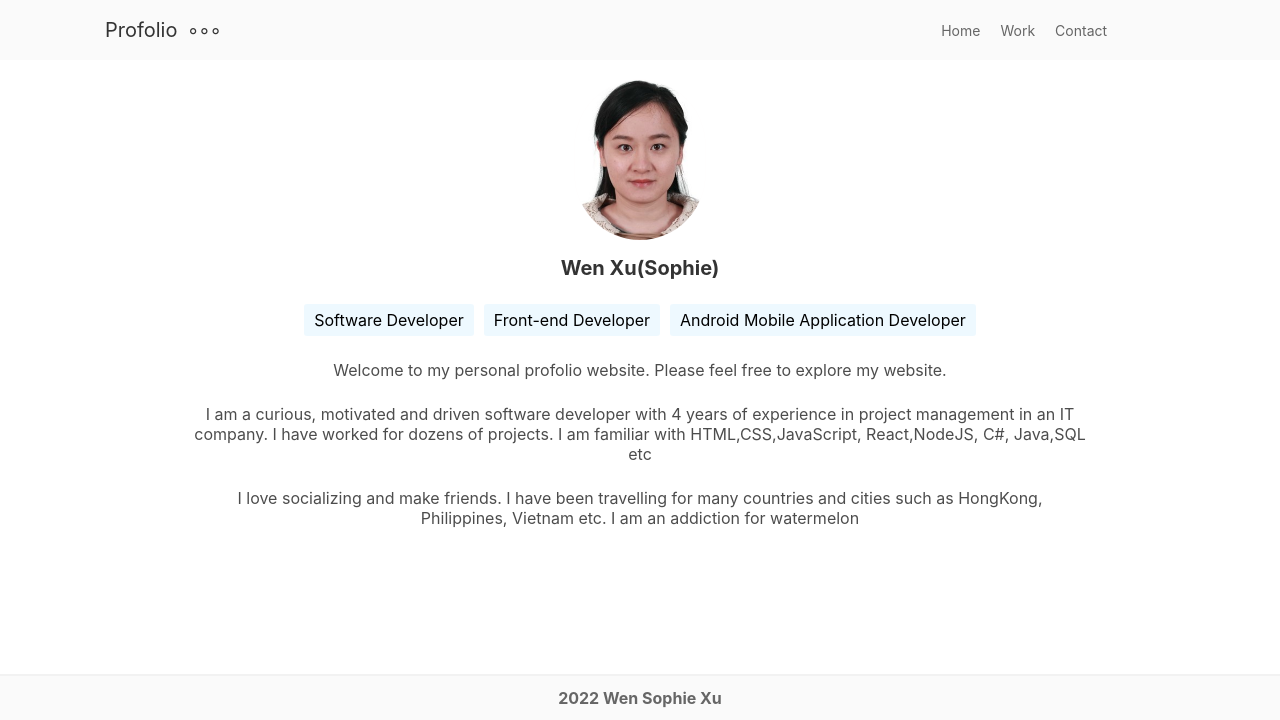
Repository: wenxi0504/myResume_app
Page: /
The author's editor kept a copy of each file at every save. The page is drawn from the files as they stood at one save, then again after the next save.
The browser window is 1280 px wide. The pictures show the whole page.
The pointer rests on the first visible `img`.
The project was rebuilt for these pictures with package versions that can differ from the ones it lists, and the page was loaded fresh each time. Also part of the build but not shown: src/pages/WorkPage/index.js, src/pages/WorkPageDetail/index.js, src/pages/Contact/index.js.

Above is the page before, as saved 2022-01-03 16:09:10.

### src/index.js
import React from 'react';
import ReactDOM from 'react-dom';
import './index.css';
import App from './pages/App';
import reportWebVitals from './reportWebVitals';
import { BrowserRouter as Router} from 'react-router-dom'



ReactDOM.render(
  <Router>
    <App />
  </Router>,
  document.getElementById('root')
);

// If you want to start measuring performance in your app, pass a function
// to log results (for example: reportWebVitals(console.log))
// or send to an analytics endpoint. Learn more: https://bit.ly/CRA-vitals
reportWebVitals();

### src/index.css
body {
  margin: 0;
  padding: 0;
  font-family: -apple-system, BlinkMacSystemFont, "Segoe UI", "Roboto", "Oxygen",
    "Ubuntu", "Cantarell", "Fira Sans", "Droid Sans", "Helvetica Neue",
    sans-serif;
  -webkit-font-smoothing: antialiased;
  -moz-osx-font-smoothing: grayscale;
}

code {
  font-family: source-code-pro, Menlo, Monaco, Consolas, "Courier New",
    monospace;
}


body, h1, h2, h3, h4, h5, h6, hr, p, blockquote, dl, dt, dd, ul, ol, li, pre, form, fieldset, legend, button, input, textarea, th, td {
  margin:0; padding:0;
}
body, button, input, select, textarea {
  font:12px/1.5tahoma, arial, \5b8b\4f53;
}
h1, h2, h3, h4, h5, h6{
  font-size:100%;
  color:rgb(51, 51, 51);
}
address, cite, dfn, em, var {
  font-style:normal;
}
code, kbd, pre, samp {
  font-family:couriernew, courier, monospace;
}
small{
  font-size:12px;
}
ul, ol {
  list-style:none;
}
a {
  text-decoration:none;
}

sup {
  vertical-align:text-top;
}
sub{
  vertical-align:text-bottom;
}
legend {
  color:#000;
}
fieldset, img {
  border:0;
}
button, input, select, textarea {
  font-size:100%;
}
table {
  border-collapse:collapse; border-spacing:0;
}


html,body,#root{
   width: 100%;
   height: 100%;
}

code {
  font-family: source-code-pro, Menlo, Monaco, Consolas, "Courier New",
    monospace;
}

### src/pages/App.js
import logo from './logo.svg';
import styles from './App.module.scss';
import{Link,Routes,Route} from 'react-router-dom'
import HomePage from './HomePage'
import WorkPage from './WorkPage'
import WorkPageDetail from './WorkPageDetail'
import Contact from './Contact'
function App() {
  //get value of location

  return (

    <div className={styles.App}>
     <header className={styles.header} >
     <div className={styles.box}>
               <Link to="/">
                 <div className={styles.boxleft}>Profolio</div>
                 </Link>
               <div className={styles.boxright}>
                  <Link to="/"><p >Home</p></Link>
                  <Link to="/works"><p >Work</p></Link>
                  <Link to="/contact"><p >Contact</p></Link>
               </div>
            </div>
     </header>

       <section className={styles.content}>
         <div>
         < Routes>
         <Route path="/" exact element={ <HomePage/> }/>
           <Route path="/works" exact element={ <WorkPage/>} />
           <Route path="/works/:id" exact element={ <WorkPageDetail/> } />
           <Route path="/contact" exact element={ <Contact/> } />
         </Routes>
         </div>





     </section>



      <footer className={styles.footer} >
     <p><b>2022 Wen Sophie Xu</b></p>

     </footer>



    </div>
  );
}

export default App;

### src/pages/App.module.scss

.App {
  display: flex;
  min-height: 100vh;
  flex-direction: column;
  .content{
     flex: 1;
     text-align: center;
  }
  .header{
    background-color: rgb(250, 250, 250);
    height: 60px;
    .selected{
      color: #333!important;
      padding-bottom: 5px;
      border-bottom: 1.5px solid #333;
    }
    .box{
      width: 70%;
      height: 100%;


      display: flex;
      align-items: center;
      justify-content: space-between;
      a:hover {
        text-decoration:none;
      }
      .boxleft{
        font-size: 20px;
        color: rgb(51, 51, 51);
        padding: 0px 5px 0px 100px;
        margin: 0px 5px ;
      }
      .boxleft::after {
        content: "◦◦◦";
        margin-left: 0.5em;
      }

      .boxright{
        display: inline-flex;
        justify-content: flex-start;
        padding: 0px 5px 0px 100px;
        margin: 0px 5px 0px 600px;
        p{
          margin: 0px 10px;
          font-size: 14px;
          color: rgb(102, 102, 102);

        }
      }
      div{
        cursor: pointer;
      }
    }
  }
  .footer{
    text-align: center;
    padding: 10px 0px;
    color: rgb(102, 102, 102);
    background: #fafafa;
    border-top: 2px solid #f2f2f2;
    p{
      padding: 2px 0px;
    }
  }
}

### src/pages/HomePage/index.js
// eslint-disable-next-line no-unused-vars
import React, { Component } from 'react';
import styles from'./home.module.scss'

// eslint-disable-next-line import/no-anonymous-default-export
export default () => {
    return <div className={styles.wrap}>
        {/* Personal Info*/}
       <section className={styles.brief}>
       <img src={require("../../assets/images/wenxuReact2.jpg") }/>
       <h2>Wen Xu(Sophie)</h2>
       <ul>
          <li>Software Developer</li>
          <li>Front-end Developer</li>
          <li>Android Mobile Application Developer</li>
       </ul>
       <p>Welcome to my personal profolio website. Please feel free to explore my website.</p>
       <p>I am a curious, motivated and driven software developer with 4 years of experience in project management in an IT company. I have worked for dozens of projects. I am familiar with HTML,CSS,JavaScript, React,NodeJS, C#, Java,SQL etc </p>
       <p>I love socializing and make friends. I have been travelling for many countries and cities such as HongKong, Philippines, Vietnam etc. I am an addiction for watermelon </p>
       </section>





        </div>
}

### src/pages/HomePage/home.module.scss

    .wrap{
        flex: 1;
        width: 70%;
        margin: 0px auto;
        .brief{
           text-align: center;
           h2{
             padding: 12px 0px;
             font-size: 20px;
           }
           img{
              width: 130px;
              height: 160px;
              border-radius: 120px;
              margin-top: 20px;
              box-shadow:0px 0px 2px 0px rgb(253, 251, 251)
           }
           img:hover{
               box-shadow: 0px 0 px 15px 3px rgba(11, 143, 250, 0.8)
           }
           ul{
            display: flex;
            justify-content: center;
             li{
                padding: 6px 10px;
                background: rgba(87, 199, 255, 0.1);
                margin: 12px 5px;
                border-radius: 3px;
             }
           }
           p{
            padding: 12px 0px;
            color: rgba(0, 0, 0, 0.7);
          }
        }

    }

Loaded but not shown: public/index.html (common file); src/reportWebVitals.js (common file); public/manifest.json (common file)

After the next save:
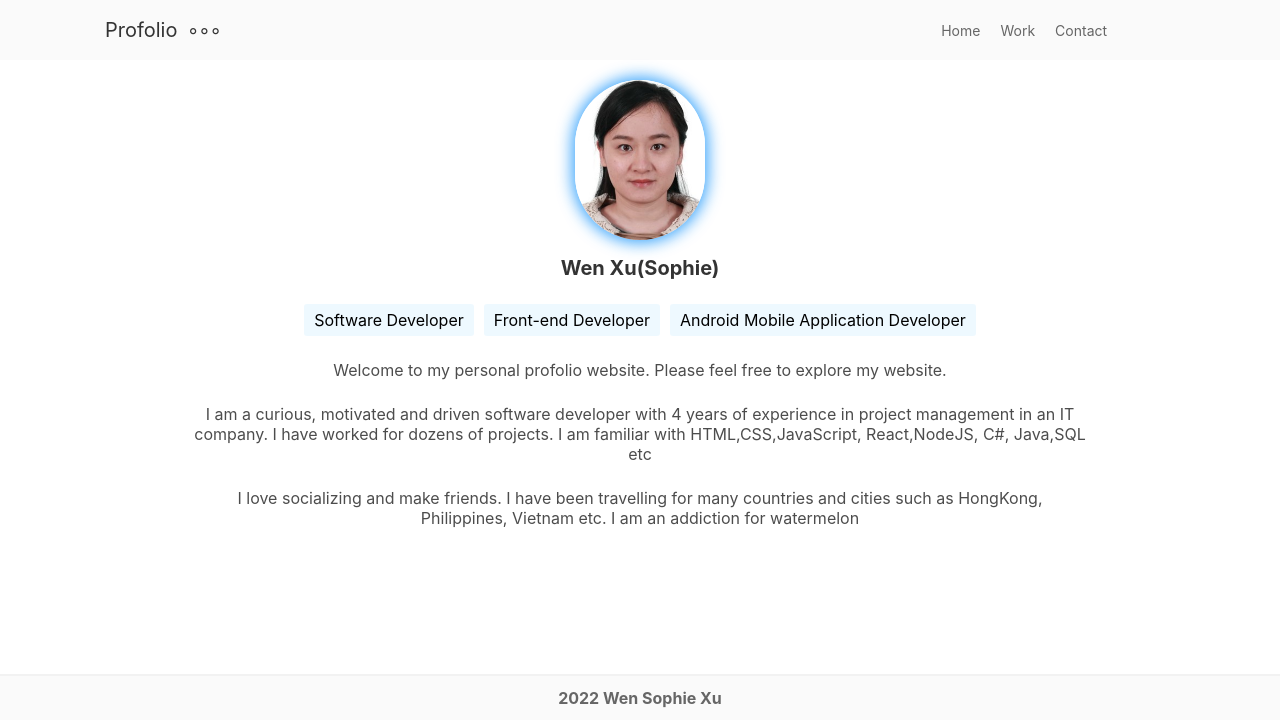
Saved 25 s later.
--- a/src/pages/HomePage/home.module.scss
+++ b/src/pages/HomePage/home.module.scss
@@ -17,7 +17,7 @@
               box-shadow:0px 0px 2px 0px rgb(253, 251, 251)
            }
            img:hover{
-               box-shadow: 0px 0 px 15px 3px rgba(11, 143, 250, 0.8)
+               box-shadow: 0px 0px 15px 3px rgba(11, 143, 250, 0.8)
            }
            ul{
             display: flex;
